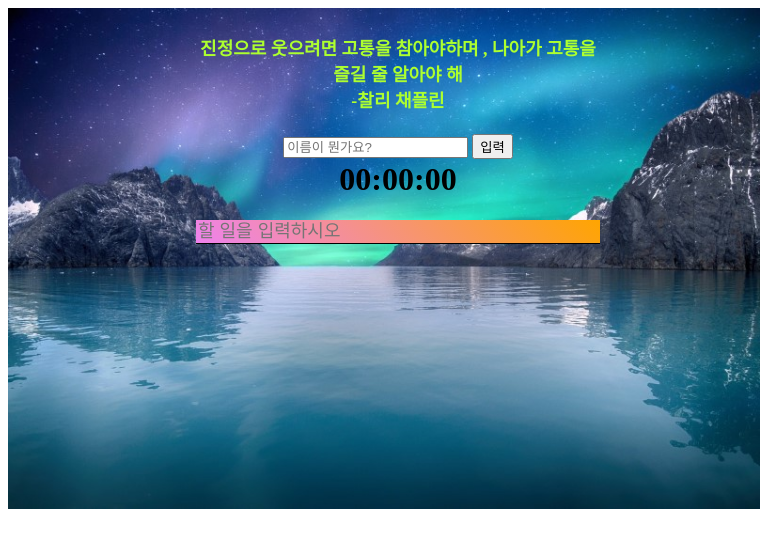
Repository: jun01270/F-E-practice
Page: index.html
The author's editor kept a copy of each file at every save. The page is drawn from the files as they stood at one save, then again after a run of saves.
The browser window is 768 px wide. The pictures show the whole page.

Above is the page before, as saved 2023-07-12 15:36:44.
Console error: TypeError: Cannot read properties of null (reading 'querySelector')

After the next 2 saves:
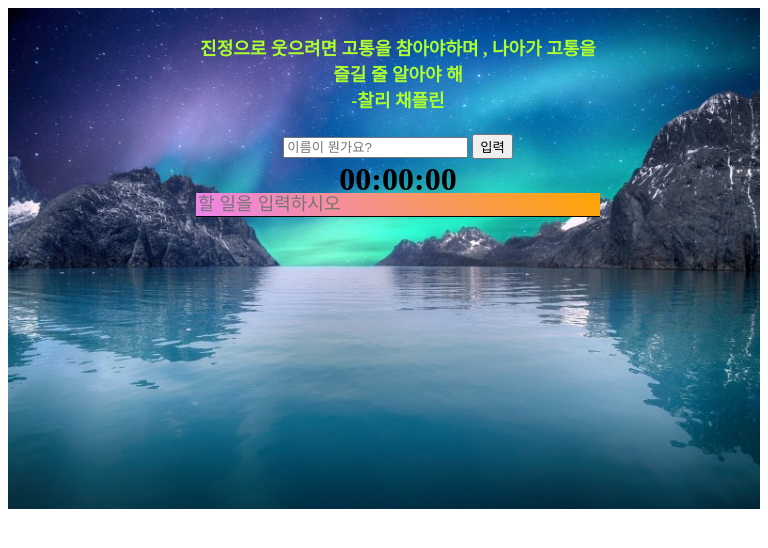
The 2 saves are shown as one change because they came seconds apart.
The last was saved 11 s later.
--- a/style.css
+++ b/style.css
@@ -70,6 +70,7 @@ body {
   #clock {
     font-size: 200%;
     margin-top: -10px;
+    margin-bottom: -5px;
   }
 
   #result {

After the save that followed:
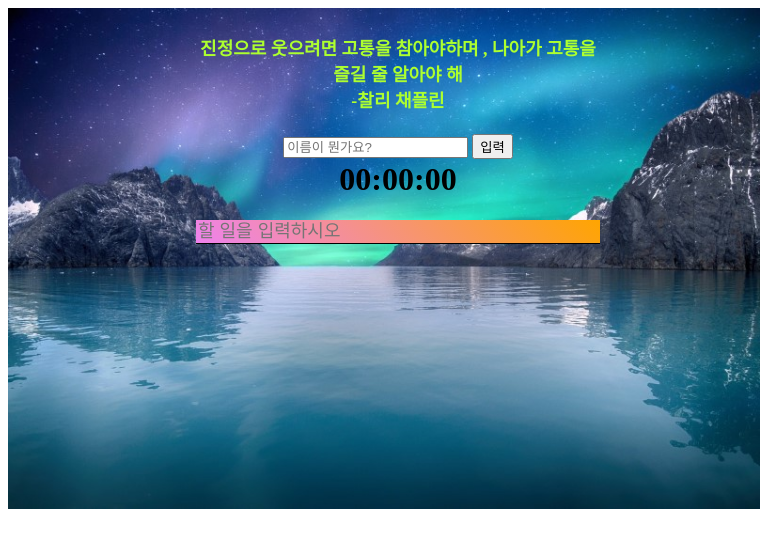
Saved 5 s later.
--- a/style.css
+++ b/style.css
@@ -70,7 +70,6 @@ body {
   #clock {
     font-size: 200%;
     margin-top: -10px;
-    margin-bottom: -5px;
   }
 
   #result {
